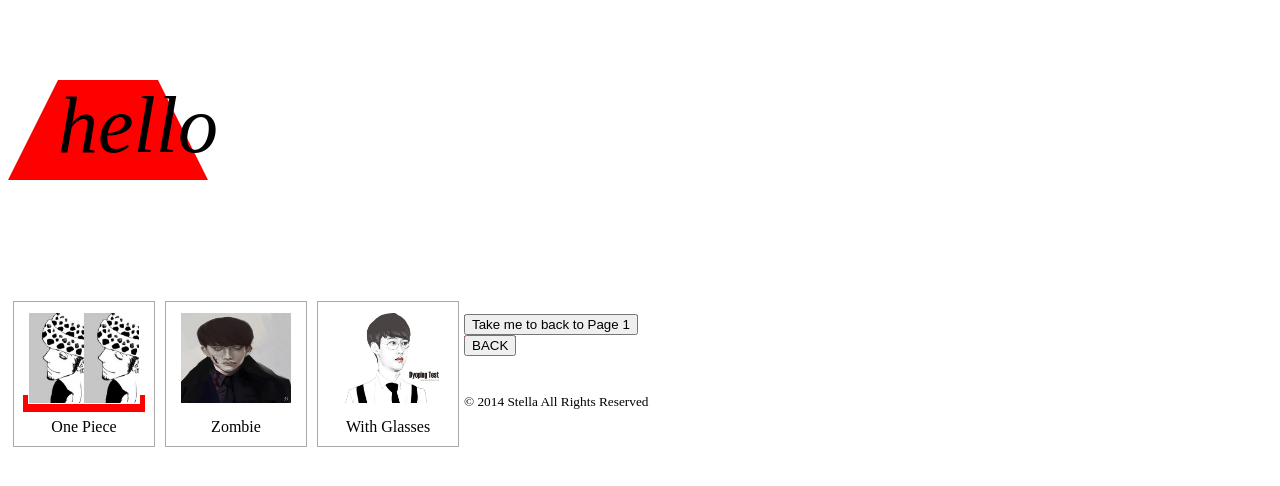
Repository: simj959/simj959.github.io
Page: css_composition/page5.html
The author's editor kept a record of every edit. The page is drawn from the files as they stood at one moment, then again after the next edit.
The browser window is 1280 px wide. The pictures show the whole page.

Above is the page before.

### css_composition/page5.html
<!DOCTYPE html>
<html>

	<head>
	<link rel="stylesheet" href="page5.css">
	<style>
table, th, td {
    border: 8px solid black;
}
</style>

		<title>Hello, world.</title>
	</head>
	<body>


<p><span><i>hello</i></span></p>

	<br>
	<br>
<style>
div.img {
    margin: 5px;
    padding: 5px;
    border: 1px solid #a9a9a9;
    height: auto;
    width: auto;
    float: left;
    text-align: center;
}

div.img img {
    display: inline;
    margin: 5px;
    border: 1px solid #ffffff;
}

div.img a:hover img {
    border:1px solid #red;
}

div.desc {
    text-align: center;
    font-weight: normal;
    width: 120px;
    margin: 5px;
}
</style>
</head>
<body>

<div class="img">
  <a target="_blank" href="klematis_big.htm">
    <img src="2.jpg" alt="Klematis" width="110" height="90">
  </a>
  <div class="desc">One Piece</div>
</div>
<div class="img">
    <img src="3.jpg" alt="Klematis" width="110" height="90">
  </a>
  <div class="desc">Zombie</div>
</div>
<div class="img">
    <img src="5.jpg" alt="Klematis" width="110" height="90">
  </a>
  <div class="desc">With Glasses</div>
</div>
</div>

</body>
</html>

  <tr>
    <td></td>
    <td></td>
    <td></td>
  </tr>
  <tr>
    <td></td>
    <td></td>
    <td></td>
  </tr>
  <tr>
    <td></td>
    <td></td>
    <td></td>
  </tr>
  <tr>
    <td></td>
    <td></td>
    <td></td>
  </tr>
  <tr>
    <td></td>
    <td></td>
    <td></td>
  </tr>
  <tr>
    <td></td>
    <td></td>
    <td></td>
  </tr>
  <tr>
    <td></td>
    <td></td>
    <td></td>
  </tr>
  <tr>
    <td></td>
    <td></td>
    <td></td>
  </tr>
  <tr>
    <td></td>
    <td></td>
    <td></td>
  </tr>
  <tr>
    <td></td>
    <td></td>
    <td></td>
  </tr>
  <tr>
    <td></td>
    <td></td>
    <td></td>
  </tr>
  <tr>
    <td></td>
    <td></td>
    <td></td>
  </tr>
  <tr>
    <td></td>
    <td></td>
    <td></td>
  </tr>
  <tr>
    <td></td>
    <td></td>
    <td></td>
  </tr>
  <tr>
    <td></td>
    <td></td>
    <td></td>
  </tr>
  <tr>
    <td></td>
    <td></td>
    <td></td>
  </tr>
  <tr>
    <td></td>
    <td></td>
    <td></td>
  </tr>
  <tr>
    <td></td>
    <td></td>
    <td></td>
  </tr>
  <tr>
    <td></td>
    <td></td>
    <td></td>
  </tr>
  <tr>
    <td></td>
    <td></td>
    <td></td>
  </tr>

</table>

</body>
</html>

</svg>

<br>
		<a href="page1.html"><button name="button">Take me to back to Page 1</button></a><br>
<a href="page4.html"><button name="button">BACK</button></a>
<br>
<br>
<br>
<small> &copy; 2014 Stella All Rights Reserved </small>
</html>

### css_composition/page5.css
p {
font-size: 80px;
border-bottom: 100px solid red;
	border-left: 50px solid transparent;
	border-right: 50px solid transparent;
	height: 0;
	width: 100px;
}
a:link {
    background-color: red;
}

a:visited {
    background-color: red;
}

a:hover {
    background-color: #FF704D;
}

a:active {
    background-color: #FF704D;
}

p:hover, h1:hover, a:hover {
    background-color: yellow;

After the next edit:
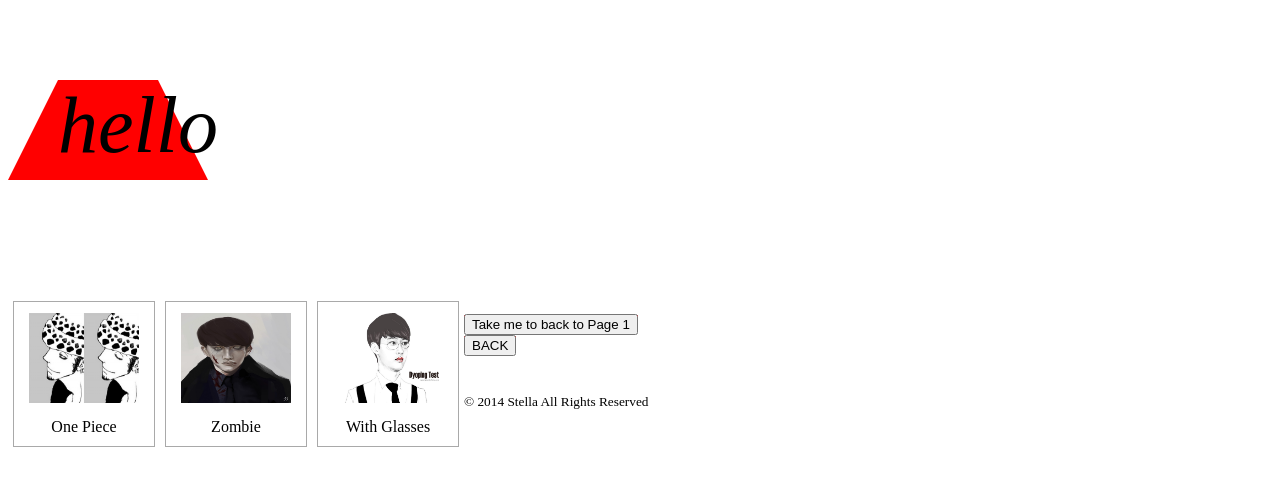
The edit:
--- a/css_composition/page5.html
+++ b/css_composition/page5.html
@@ -50,7 +50,6 @@
 <body>
 
 <div class="img">
-  <a target="_blank" href="klematis_big.htm">
     <img src="2.jpg" alt="Klematis" width="110" height="90">
   </a>
   <div class="desc">One Piece</div>
